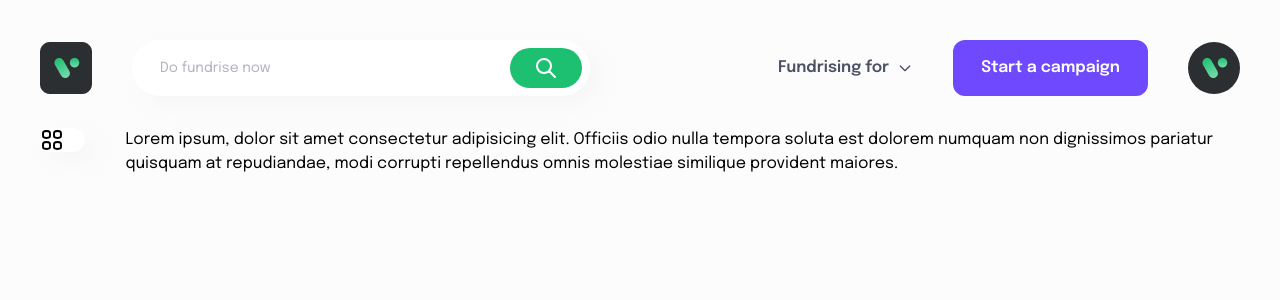
Repository: hoang0508/CrowFunding-APP
Page: /
The author's editor kept a copy of each file at every save. The page is drawn from the files as they stood at one save, then again after the next save.
The browser window is 1280 px wide. The pictures show the whole page.
The project was rebuilt for these pictures with package versions that can differ from the ones it lists, and the page was loaded fresh each time. Also part of the build but not shown: src/components/icons/IconEyeToggle.js, src/components/common/ErrorComponent.js, src/components/button/ButtonGoogle.js. Imported but missing from the stored project, and not drawn on this page: src/store/reducers.

Above is the page before, as saved 2022-07-21 09:35:33.

After the next save:
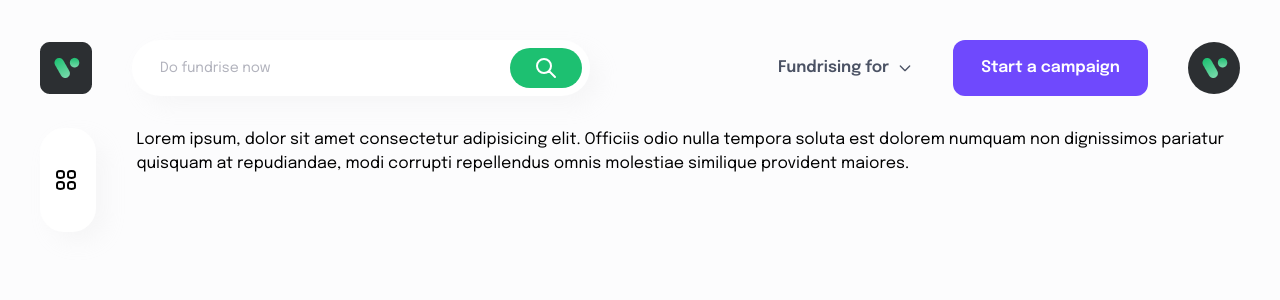
Saved 2 min 49 s later.
--- a/src/modules/dashboard/DashboardSidebar.js
+++ b/src/modules/dashboard/DashboardSidebar.js
@@ -12,7 +12,7 @@ const sidebarLinks = [
 
 const DashboardSidebar = () => {
   return (
-    <div className="w-full md:w-[76px] rounded-3xl shadow-[10px_10px_20px_rgba(218,_213,_213,_0.15)] bg-white">
+    <div className="w-full md:w-[76px] rounded-3xl shadow-[10px_10px_20px_rgba(218,_213,_213,_0.15)] bg-white px-[14px] py-10">
       {sidebarLinks.map((link) => (
         <NavLink to={link.url} key={link.title} className="flex items-center">
           <span>{link.icon}</span>
